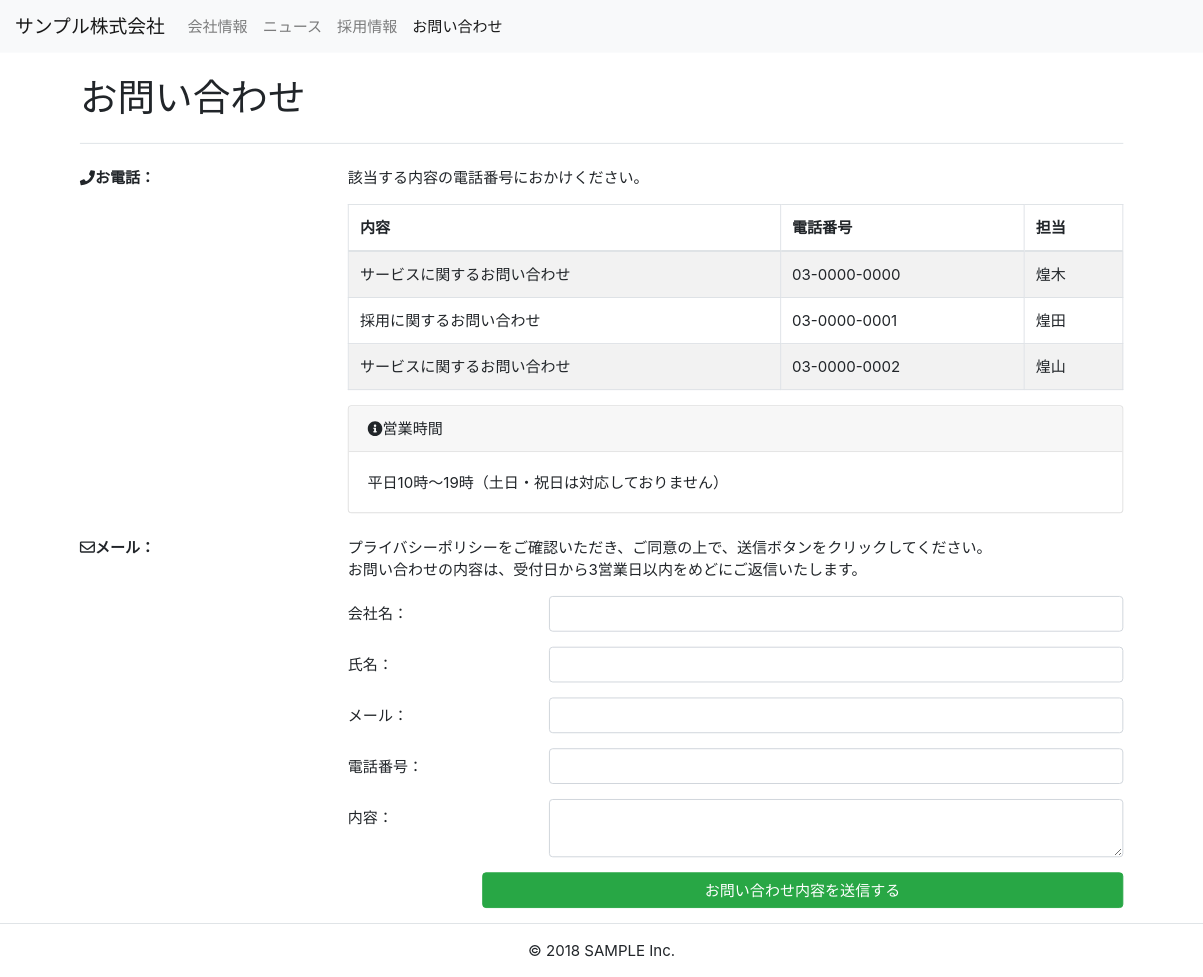
Repository: akaki4/first-git
Page: 4.Bootstrap/contact.html
The author's editor kept a record of every edit. The page is drawn from the files as they stood at one moment, then again after the next edit.
The browser window is 1280 px wide. The pictures show the whole page, at 94% of full size.
Some web libraries are served in a nearby version.

Above is the page before.

### 4.Bootstrap/contact.html
<!DOCTYPE html>
<html lang="ja">
    <head>
        <!-- Required meta tags -->
        <meta charset="utf-8">
        <meta name="viewport" content="width=device-width, initial-scale=1, shrink-to-fit=no">

        <!-- Bootstrap CSS -->
        <link rel="stylesheet" href="https://stackpath.bootstrapcdn.com/bootstrap/4.2.1/css/bootstrap.min.css">

        <title>お問い合わせ | サンプル株式会社</title>
    </head>
    <body>
        <header>
        <nav class="navbar navbar-expand-sm navbar-light bg-light">
            <!-- ホームへ戻るリンク。ブランドロゴなどを置く。 -->
            <a href="#" class="navbar-brand">サンプル株式会社</a>

            <!-- 横幅が狭い時に出るハンバーガーボタン -->
            <button type="button" class="navbar-toggler" data-toggle="collapse" data-target="#nav-bar">
                <span class="navbar-toggler-icon"></span>
            </button>

            <!-- メニュー項目 -->
            <div class="collapse navbar-collapse" id="nav-bar">
                <ul class="navbar-nav">
                    <li class="nav-item"><a href="#" class="nav-link">会社情報</a></li>
                    <li class="nav-item"><a href="#" class="nav-link">ニュース</a></li>
                    <li class="nav-item"><a href="#" class="nav-link">採用情報</a></li>
                    <li class="nav-item active"><a href="#" class="nav-link">お問い合わせ</a></li>
　　              　<li class="nav-item dropdown">
                        <div class="dropdown-menu">
                            <a class="dropdown-item" href="#">会社情報</a>
                            <a class="dropdown-item" href="#">ニュース</a>
                            <a class="dropdown-item" href="#">採用情報</a>
                            <a class="dropdown-item" href="#">お問い合わせ</a>
                        </div>
                    </li>
                </ul>
            </div>
        </nav>
        </header>
        <div class="container">
            <h1 class="mt-4 pb-4 border-bottom">お問い合わせ</h1>
            <div class="mt-4 row">
                <div class="col-sm-3">
                    <i class="fas fa-phone"></i><strong>お電話：</strong>
                </div>
            <div class="col-sm-9">
                    <p>該当する内容の電話番号におかけください。</p>
                    <table class="table table-striped table-bordered">
                        <thead>
                            <tr>
                                <th>内容</th>
                                <th>電話番号</th>
                                <th>担当</th>
                            </tr>
                        </thead>
                        <tbody>
                            <tr>
                                <td>サービスに関するお問い合わせ</td>
                                <td>03-0000-0000</td>
                                <td>煌木</td>
                            </tr>
                            <tr>
                                <td>採用に関するお問い合わせ</td>
                                <td>03-0000-0001</td>
                                <td>煌田</td>
                            </tr>
                            <tr>
                                <td>サービスに関するお問い合わせ</td>
                                <td>03-0000-0002</td>
                                <td>煌山</td>
                            </tr>
                        </tbody>
                    </table>
                <div class="card">
                    <div class="card-header">
                    <i class="fas fa-info-circle"></i>営業時間
                </div>
                <div class="card-body">
                    平日10時〜19時（土日・祝日は対応しておりません）
                </div>
                </div>
            </div>
            </div>
            <div class="mt-4 row">
                <div class="col-sm-3">
                    <i class="far fa-envelope"></i><strong>メール：</strong>
                </div>
                <div class="col-sm-9">
                    <p>
                        プライバシーポリシーをご確認いただき、ご同意の上で、送信ボタンをクリックしてください。<br />
                        お問い合わせの内容は、受付日から3営業日以内をめどにご返信いたします。
                    </p>
                    <form action="complete.html">
                        <div class="form-group row">
                            <label class="col-sm-3 col-form-label">会社名：</label>
                            <div class="col-sm-9">
                                <input type="text" class="form-control" name="company">
                            </div>
                        </div>

                        <div class="form-group row">
                            <label class="col-sm-3 col-form-label">氏名：</label>
                            <div class="col-sm-9">
                                <input type="text" class="form-control" name="name">
                            </div>
                        </div>

                        <div class="form-group row">
                            <label class="col-sm-3 col-form-label">メール：</label>
                            <div class="col-sm-9">
                                <input type="text" class="form-control" name="mail">
                            </div>
                        </div>

                        <div class="form-group row">
                            <label class="col-sm-3 col-form-label">電話番号：</label>
                            <div class="col-sm-9">
                                <input type="text" class="form-control" name="tel">
                            </div>
                        </div>

                        <div class="form-group row">
                            <label class="col-sm-3 col-form-label">内容：</label>
                            <div class="col-sm-9">
                                <textarea class="form-control" name="content"></textarea>
                            </div>
                        </div>

                        <div class="form-group row">
                            <div class="col-10 offset-2">
                                <button type="submit" class="btn btn-success btn-block">お問い合わせ内容を送信する</button>
                            </div>
                        </div>
                    </form>
                </div>
            </div>
        </div>
        <footer class="text-center pt-3 pb-3 border-top">
            &copy; 2018 SAMPLE Inc.
        </footer>

        <!-- Optional JavaScript -->
        <!-- jQuery first, then Popper.js, then Bootstrap JS, then Font Awesome -->
        <script src="https://code.jquery.com/jquery-3.3.1.slim.min.js"></script>
        <script src="https://cdnjs.cloudflare.com/ajax/libs/popper.js/1.14.6/umd/popper.min.js"></script>
        <script src="https://stackpath.bootstrapcdn.com/bootstrap/4.2.1/js/bootstrap.min.js"></script>
        <script defer src="https://use.fontawesome.com/releases/v5.7.2/js/all.js"></script>
    </body>
</html>

After the next edit:
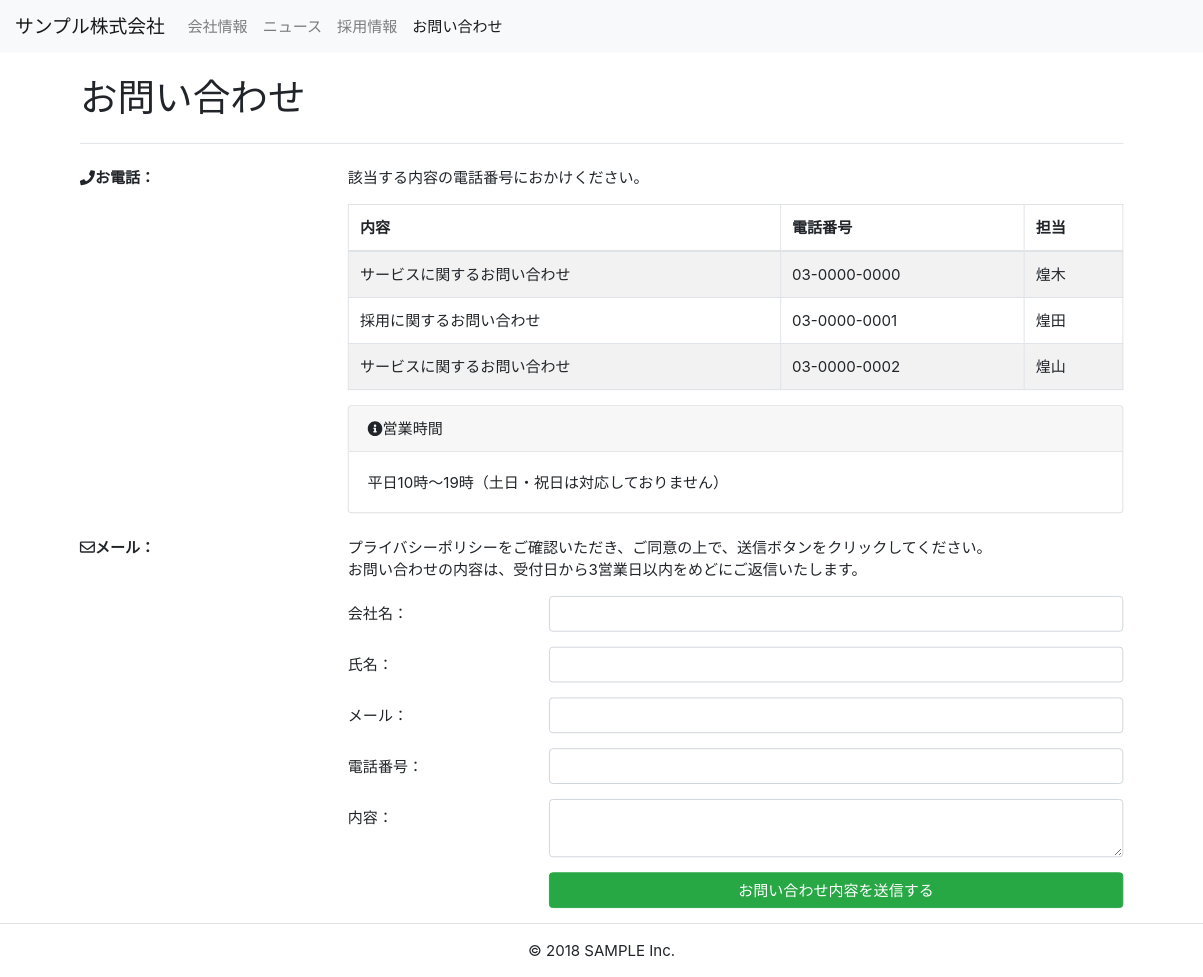
The edit:
--- a/4.Bootstrap/contact.html
+++ b/4.Bootstrap/contact.html
@@ -130,7 +130,7 @@
                         </div>
 
                         <div class="form-group row">
-                            <div class="col-10 offset-2">
+                            <div class="col-sm-9 offset-sm-3">
                                 <button type="submit" class="btn btn-success btn-block">お問い合わせ内容を送信する</button>
                             </div>
                         </div>
